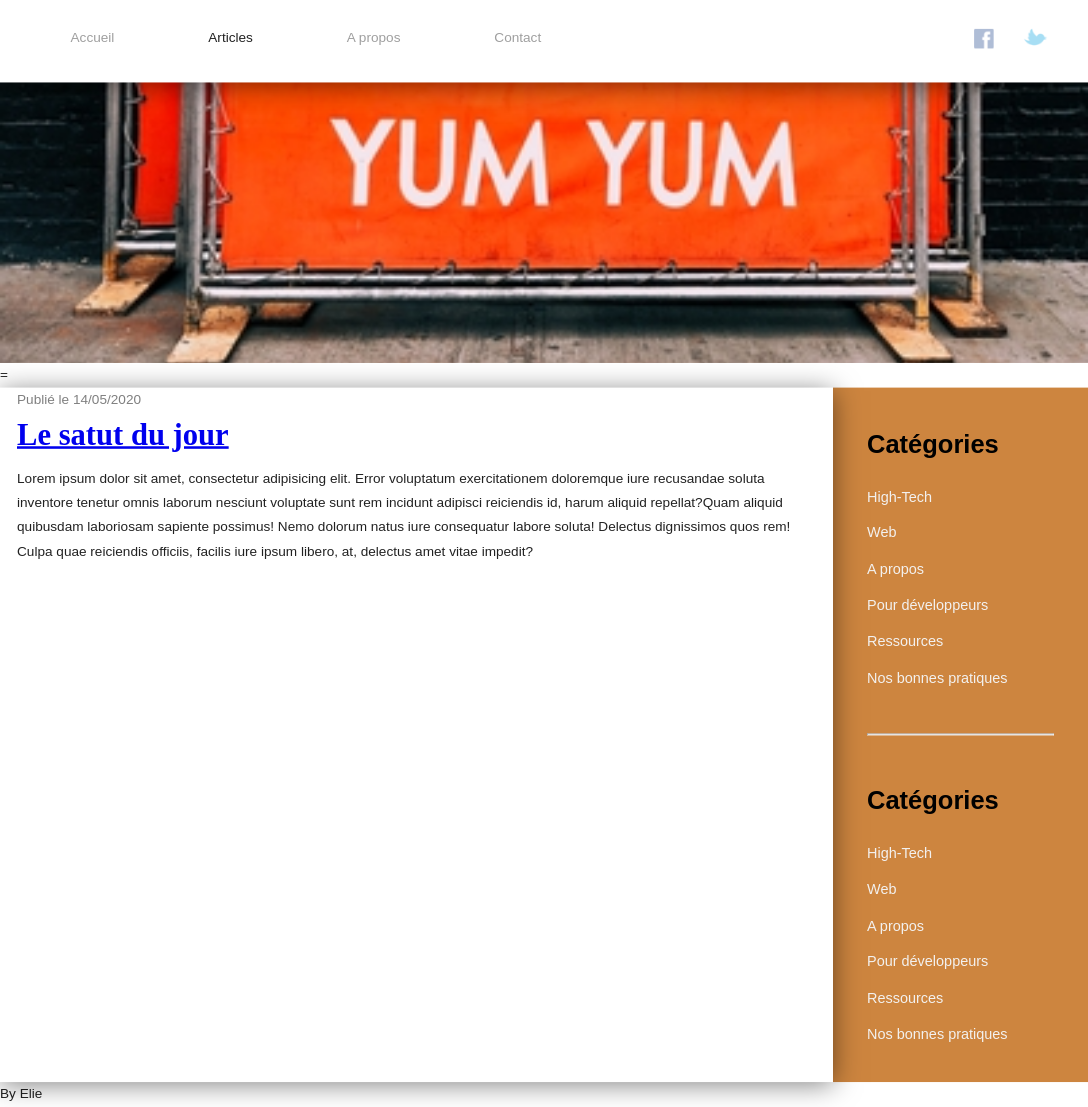
Repository: Elie-Dey/blog-train
Page: article.html
The author's editor kept a copy of each file at every save. The page is drawn from the files as they stood at one save, then again after the next save.
The browser window is 1280 px wide. The pictures show the whole page, at 85% of full size.

Above is the page before, as saved 2020-06-17 03:53:32.

### article.html
<!DOCTYPE html>
<html lang="en">
<head>
    <meta charset="UTF-8">
    <meta name="viewport" content="width=device-width, initial-scale=1.0">
    <link rel="stylesheet" href="style.css">
    <title>Mon blog</title>
</head>
<body>
    <header class="topbar">
        <nav>
            <a href="index.html">Accueil</a>
            <a href="articles.html" class="active"> Articles</a>
            <a href="about.html">A propos</a>
            <a href="apropos.html">Contact</a>
        </nav>
        <div class="social">
            <a href="#"> <img src="images/fb.png" alt="Facebook"></a>
            <a href="#"> <img src="images/twitter.png" alt="Twitter"></a>
        </div>
    </header>
    <div class="banniere"></div>
   =<div class="body">
    <main class="main">
        <div class="container">

              <div class="article-date">Publié le 14/05/2020</div>
              <h2 class="article-title">  <a href="#">    Le satut du jour</a>  </h2>
              <p>
                  Lorem ipsum dolor sit amet, consectetur adipisicing elit. Error voluptatum exercitationem doloremque iure recusandae soluta inventore tenetur omnis laborum nesciunt voluptate sunt rem incidunt adipisci reiciendis id, harum aliquid repellat?Quam aliquid quibusdam laboriosam sapiente possimus! Nemo dolorum natus iure consequatur labore soluta!
                  Delectus dignissimos quos rem! Culpa quae reiciendis officiis, facilis iure ipsum libero, at, delectus amet vitae impedit?
              </p>
          </article>


        </div>
     </main>

    <aside class="sidebar">
        <h4 class="sidebar-title">Catégories</h4>
        <ul>
            <li><a href="#">High-Tech</a></li>
            <li><a href="#">Web</a></li>
            <li><a href="#">A propos</a></li>
            <li><a href="#">Pour développeurs </a></li>
            <li><a href="#">Ressources</a></li>
            <li><a href="#">Nos bonnes pratiques</a></li>
        </ul>
        <hr>
        <h4 class="sidebar-title">Catégories</h4>
        <ul>
            <li><a href="#">High-Tech</a></li>
            <li><a href="#">Web</a></li>
            <li><a href="#">A propos</a></li>
            <li><a href="#">Pour développeurs</a></li>
            <li><a href="#">Ressources</a></li>
            <li><a href="#">Nos bonnes pratiques</a></li>
        </ul>


    </aside>
</div>
    <footer class="footer">
        By Elie
    </footer>
</body>
</html>

### style.css
*{
    box-sizing: border-box;
}
body, html
{
    margin: 0;
    font-size: 16px;
    font-family: sans-serif;
    color: rgba(0, 0, 0, .87);
    line-height: 1.8;
    font-weight: 500;

}
.topbar{

    position: fixed;
    top: 0;
    right: 0;
    left: 0;
    width: 100%;
    background-color: white;
    padding: 30px ;
    z-index: 3;
    box-shadow: 0 4px 30px rgba(0, 0, 0, .5);
}
.topbar nav{
    float: left;

}
.topbar nav a {
    color: #9f9f9f;
    text-decoration: none;
    font-weight: 500;
    padding: 0 53px;
}

.topbar nav a:hover , .topbar nav a.active{
    color:  rgba(0, 0, 0, .87);
}

 .social {
    float: right;
}

.social a
{
    padding: 0 12px;
    opacity: .4;
}
.social a:hover
{
    opacity: 1;
}

.banniere {
    height: 427px;
    background: no-repeat center center / cover url("images/banniere.jpg") ;

}
.body
{
    display: flex;
}
.main
{

    width: calc(100% - 300px);
    background: white;
    box-shadow: 0 4px 30px rgba(0, 0, 0, .5);
    position: relative;
    z-index: 2;


}
.sidebar
{

    background:peru;
    width: 300px;
    padding: 40px;
    font-size: 17px;
    position: relative;
    z-index: 1;
}
.sidebar-title
{
    font-size: 30px;
    color: black;
    margin: 20px 0;
}
.sidebar a
{
    text-decoration: none;
    color: rgb(243, 241, 239);
}
.sidebar ul
{
    margin: 0;
    padding: 0;
    list-style: none;

}
.sidebar li
{
    padding: 6px 0;
}
.sidebar li:first-child
{
    padding-top: 0;
}

.sidebar li:last-child
{
    padding-bottom: 0;
}
.sidebar a:hover
{
    text-decoration: underline;
}

.sidebar hr
{
    border-color:none;
    background: white;
    height: 1px;
    margin: 50px 0;


}

.sidebar-title:first-child
{
    margin-top: 0;
}


.article
{
    position: relative;
    overflow: hidden;
    margin: 50px 0;
    padding-left: 225px;
    min-height: 225px;
    max-width: 940;
}
.container
{
    max-width: 940px;
    margin: 0 auto;
}
.article a
{
    color: inherit;
    text-decoration: none;
}
.article a:hover
{
    text-decoration: underline;
}
.article-img
{
    position: absolute;
    left: 0;
    top: 0;
    width: 200px;
    margin-right: 25px;
}
.article-title
 {
    font-size: 2.25rem;
    line-height: 1.2;
    font-family: "Cardo", serif;
    margin: 0 0 15px 0;
 }
.article-date
{
    font-weight: 300;
    color: rgba(0, 0, 0, .5);
    margin-bottom: 5px;
}
.article-img img
{
    width: 100%;
    height: auto;
}
.footer
{
    clear: both;
}

After the next save:
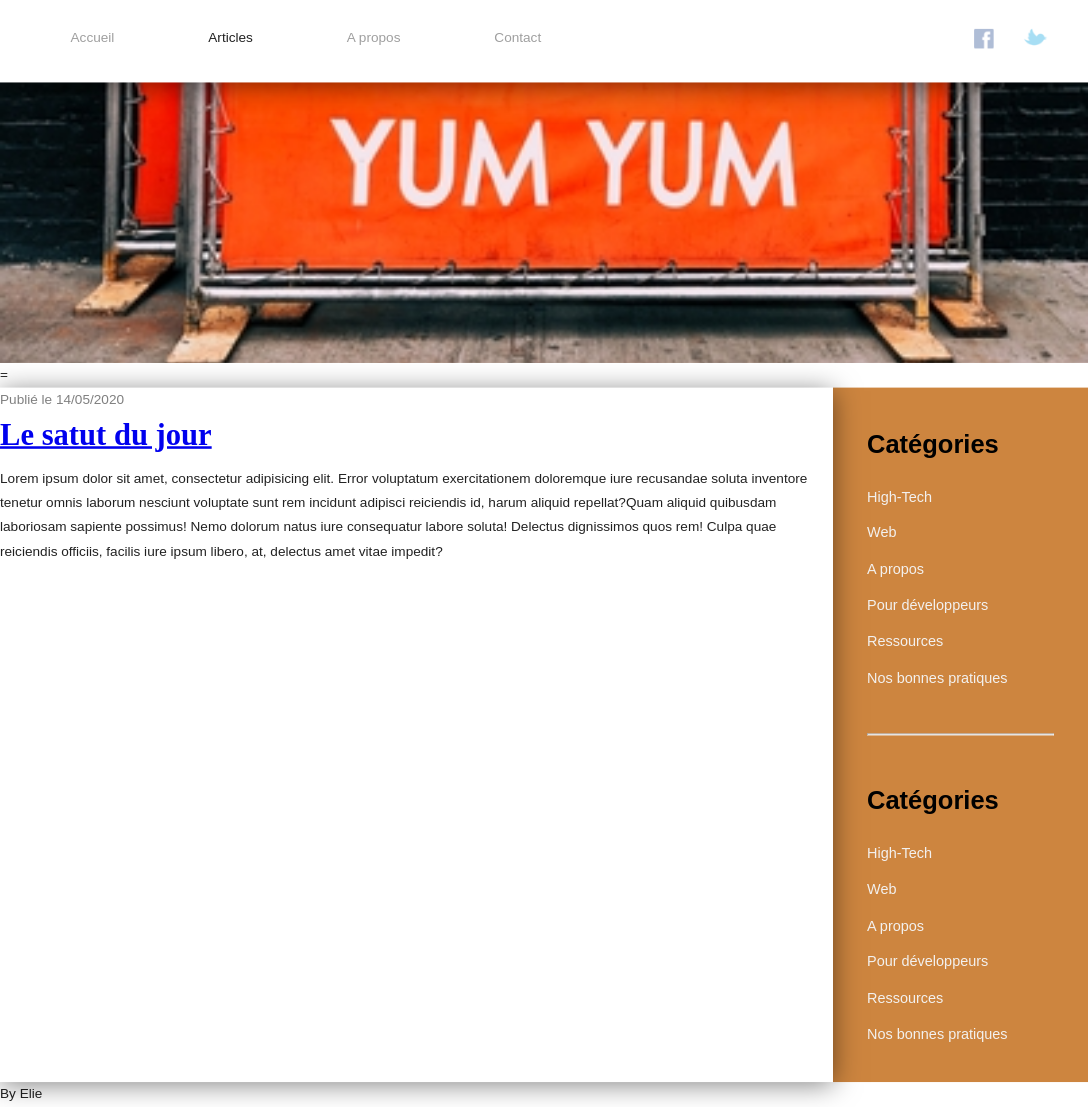
Saved 2 min 1 s later.
--- a/style.css
+++ b/style.css
@@ -143,11 +143,11 @@
     min-height: 225px;
     max-width: 940;
 }
-.container
+/* .container
 {
     max-width: 940px;
     margin: 0 auto;
-}
+} */
 .article a
 {
     color: inherit;

After the save that followed:
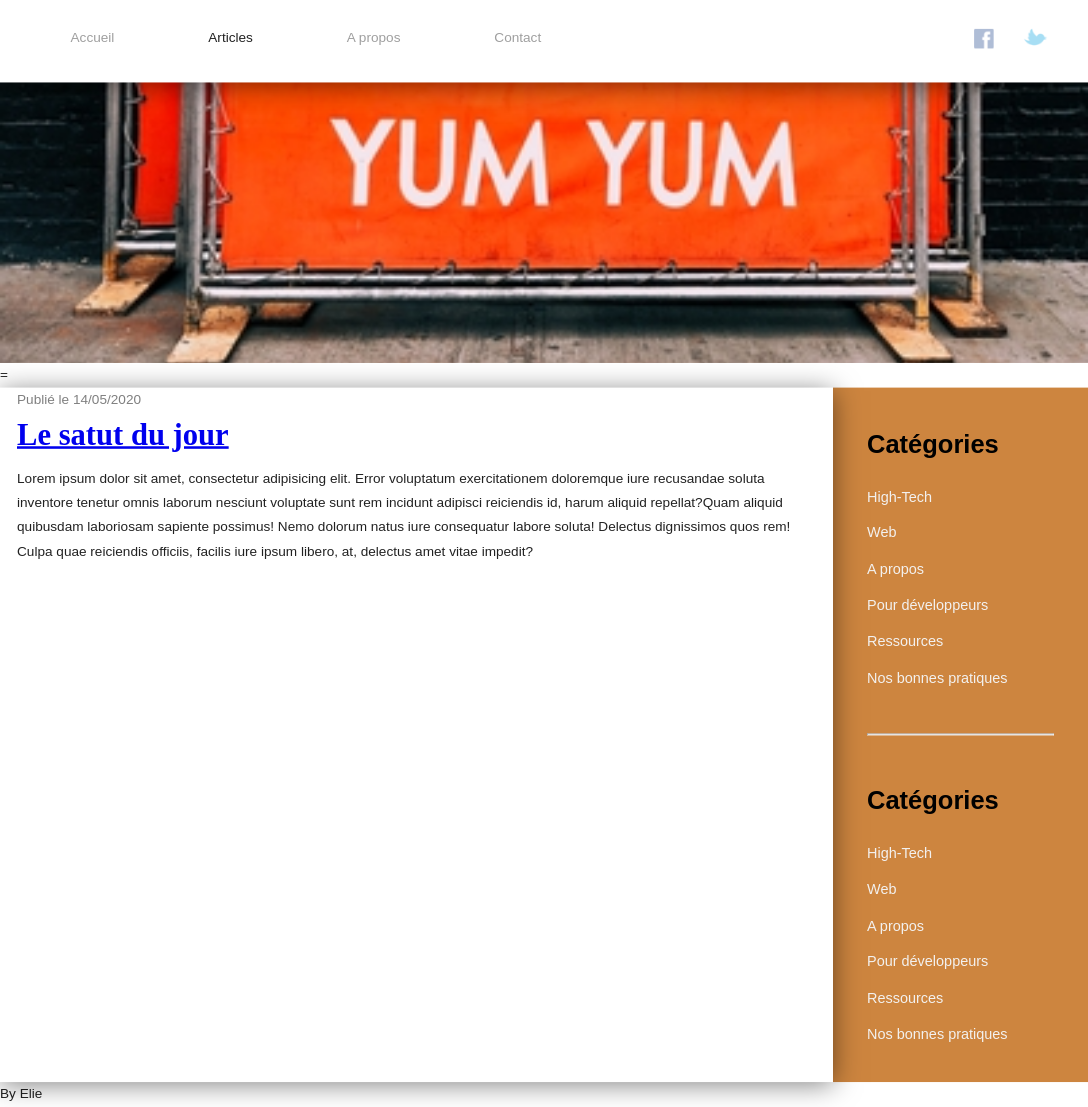
Saved 12 s later.
--- a/style.css
+++ b/style.css
@@ -143,11 +143,11 @@
     min-height: 225px;
     max-width: 940;
 }
-/* .container
+.container
 {
     max-width: 940px;
     margin: 0 auto;
-} */
+}
 .article a
 {
     color: inherit;
